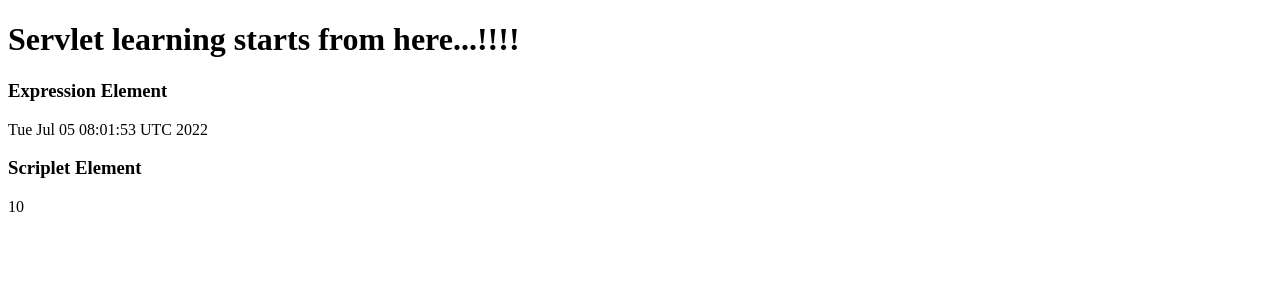
Repository: gkalivar/Java-projects
Page: http://localhost/TestServlet/HelloWorld.jsp
The author's editor kept a copy of each file at every save. The page is drawn from the files as they stood at one save, then again after the next save.
The browser window is 1280 px wide. The pictures show the whole page.
The page is served by Tomcat 10. Other server files are loaded and not shown.

Above is the page before, as saved 2022-07-05 14:09:25.

### TestServlet/src/main/webapp/HelloWorld.jsp
<%@ page language="java" contentType="text/html; charset=ISO-8859-1"
    pageEncoding="ISO-8859-1"%>
<!DOCTYPE html>
<html>
<head>
<meta charset="ISO-8859-1">
<title>The New servlet</title>
</head>
<body>
<h1> Servlet learning starts from here...!!!!</h1>

<h3>Expression Element</h3>
<%= new java.util.Date() %>

<h3>Scriplet Element</h3>

<%
int x = 10;

out.print(x);


%>
</body>
</html>

After the next save:
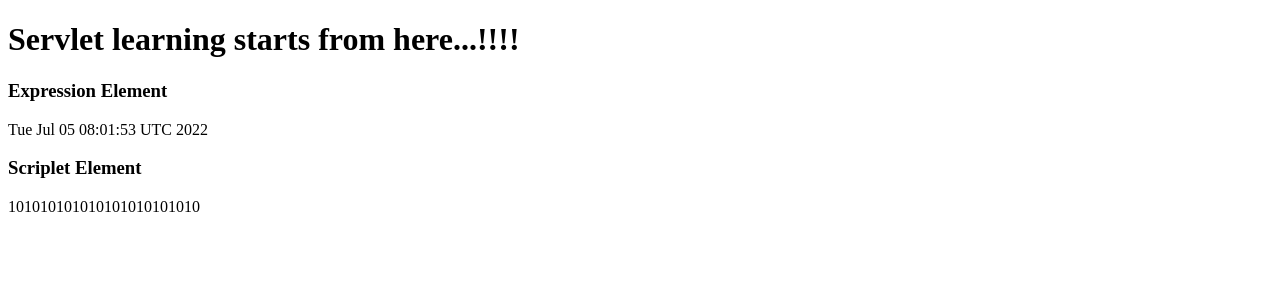
Saved 44 s later.
--- a/TestServlet/src/main/webapp/HelloWorld.jsp
+++ b/TestServlet/src/main/webapp/HelloWorld.jsp
@@ -19,6 +19,12 @@ int x = 10;
 
 out.print(x);
 
+for (int i =0;i<=10;i++){
+
+	out.print(x);
+
+}
+
 
 %>
 </body>
